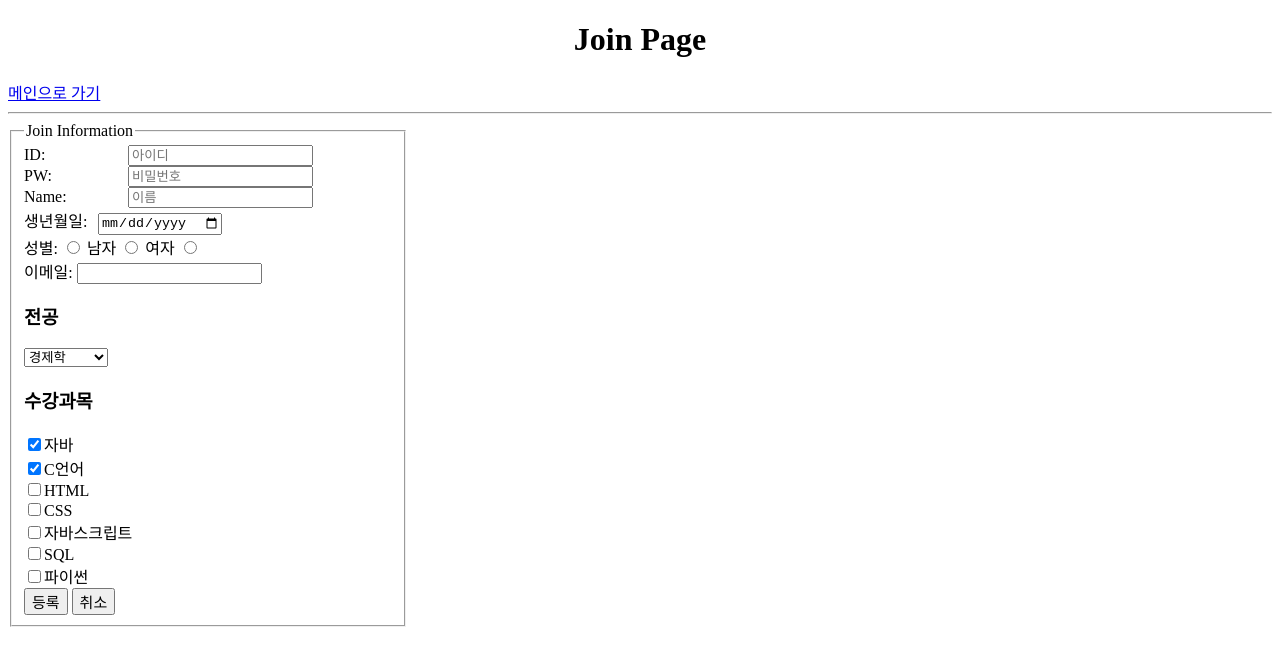
Repository: ByeonYJ/CSSTest
Page: GMSUI/WebContent/member/join.html
An editor plug-in stored every save of this project. The page is shown before and after the next save, followed by the edit.
The browser window is 1280 px wide. The pictures show the whole page.

Above is the page before, as saved 2017-07-20 06:42:55.

### GMSUI/WebContent/member/join.html
<!DOCTYPE html>
<html>
<head>
<meta charset="UTF-8">
<title>Member Join </title>
<link rel="stylesheet" href="..css/member.css" />
</head>
<body>
<div id="wrapper">
<h1 style="text-align: center;">Join Page</h1>
<a id="go_main" href="..index.html"class="float-right">메인으로 가기</a><br/>
<hr/>
<div id="container" class="margin-auto" style="width: 400px">
	<form id="join_form "action="">
		<fieldset>
		<legend>Join Information</legend>
			<span style="width: 100px; display: inline-block;">ID: </span>
			<input name="id" type="text" placeholder="아이디" /><br />
			<span style="width: 100px; display: inline-block;">PW: </span>
			<input name="password" type="password" placeholder="비밀번호"/><br />
			<span style="width: 100px; display: inline-block;">Name: </span>
			<input name="name" type="text" placeholder="이름"/><br />
			<span style="width: 70px; display: inline-block;">생년월일: </span>
			<input name="birthday" type="date" placeholder="생년월일"/><br />
			성별: <input type="radio" name="gender" value="male"/> 남자
			<input type="radio" name="gender" value="female"/> 여자
			<input type="radio" name="gender" value="female"/>
			<br />
			이메일: <input type="email" name="email"/>
			<h3>전공</h3>
			<select name=major"" id="">
				<option value="computer" >컴퓨터공학</option>
				<option value="economics" selected="selected">경제학</option>
				<option value="tourism">관광학</option>
				<option value="art">미술학</option>
			</select><br />
			<h3>수강과목</h3>
			<input type="checkbox" name="subject" value="java" checked/>자바<br />
			<input type="checkbox" name="subject" value="c" checked/>C언어<br />
			<input type="checkbox" name="subject" value="html"/>HTML<br />
			<input type="checkbox" name="subject" value="css"/>CSS<br />
			<input type="checkbox" name="subject" value="javascript"/>자바스크립트<br />
			<input type="checkbox" name="subject" value="sql"/>SQL<br />
			<input type="checkbox" name="subject" value="python"/>파이썬<br />
			<input type="submit" value="등록" class="bgcolor-blue" style=font-size:15px; width: 280px;/>
			<input type="reset" value="취소" class="bgcolor-red" style=font-size:15px; width: 280px;"/>
		</fieldset>
	</form>
	</div>
</div>
</div>
</body>
</html>

### GMSUI/WebContent/css/member.css
@CHARSET "UTF-8";
@IMPORT "common.css";
#index-tab{width: 75%;margin:0 auto;}
#index-tab-tr>td{width: 75%;margin:0 auto;width:30%;text-align: center;border: 1px solid black;}
.index-ul{width: 200px}
.index-ul>li{border: 1px solid black;}

### GMSUI/WebContent/css/common.css
@CHARSET "UTF-8";
table{border-collapse: collapse;}
#wrapper{width: 100%}
.gms-text-center{text-align: center;}
.gms-width-30pro{width:30%}
.gms-text-deco-none{text-decoration: none;}
.gms-inline-block{display:inline-block}
.gms-bgcolor-yellow{background-color:yellow;}
.gms-bgcolor-red{background-color:red;}
.gms-bgcolor-blue{background-color:blue;}
.gms-margin-auto{margin:0 auto;}
.gms-list-none{list-style-type:none;}
.gms-border-black{border: 1px solid black;}

After the next save:
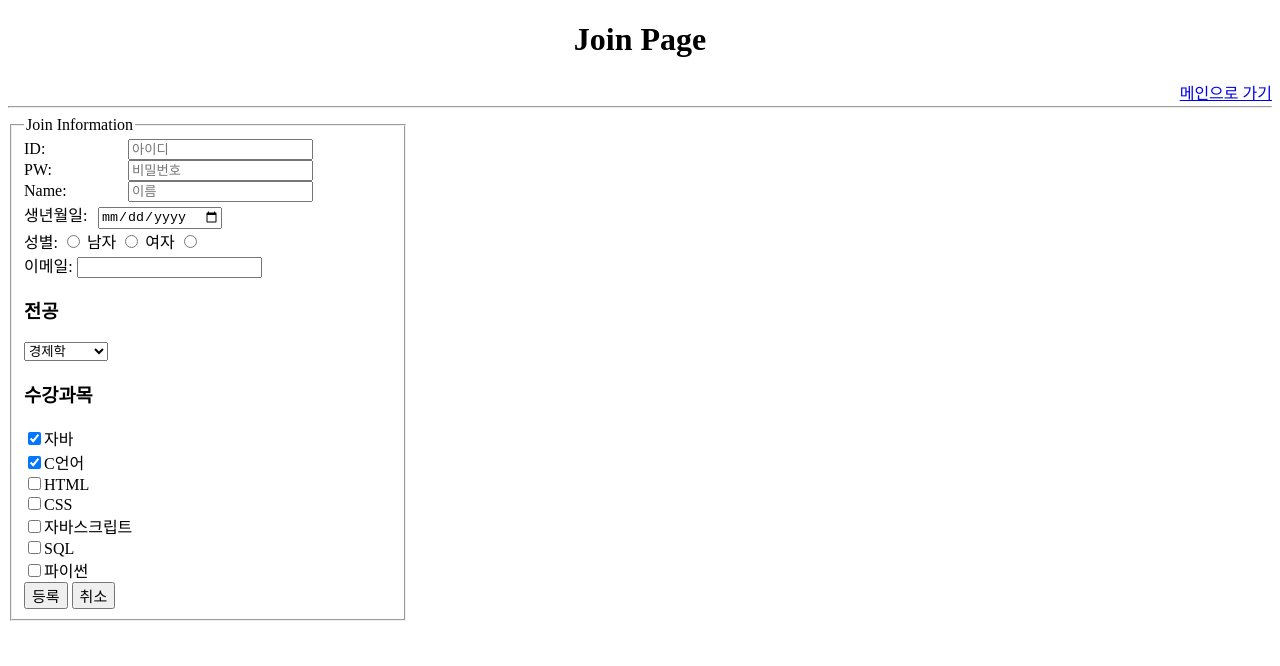
Saved 17 s later.
--- a/GMSUI/WebContent/css/common.css
+++ b/GMSUI/WebContent/css/common.css
@@ -1,6 +1,7 @@
 @CHARSET "UTF-8";
 table{border-collapse: collapse;}
 #wrapper{width: 100%}
+#go_main{float:right}
 .gms-text-center{text-align: center;}
 .gms-width-30pro{width:30%}
 .gms-text-deco-none{text-decoration: none;}
